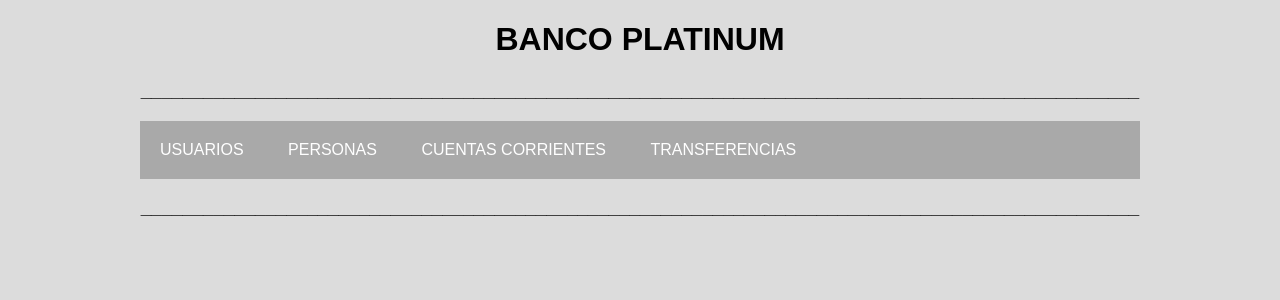
Repository: miguelalvarezcl/examen
Page: http://localhost/CtaCorriente/home.jsp
The author's editor kept a copy of each file at every save. The page is drawn from the files as they stood at one save, then again after the next save.
The browser window is 1280 px wide. The pictures show the whole page.
The page is served by Tomcat 9.

Above is the page before, as saved 2021-11-13 04:33:11.

After the next save:
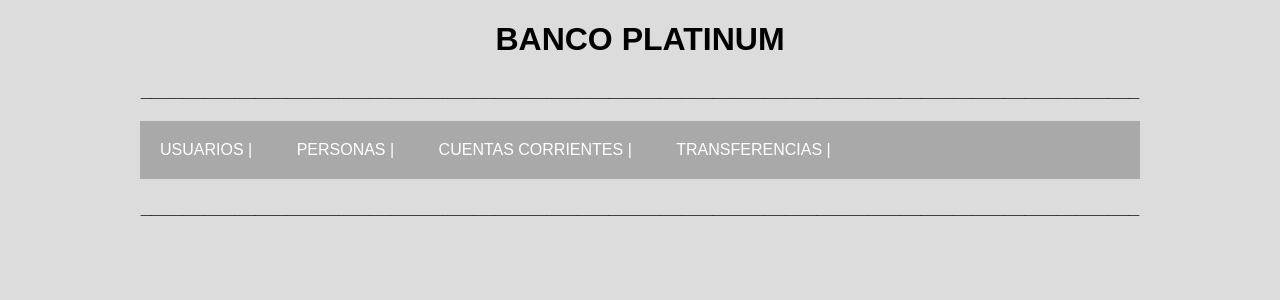
Saved 63 s later.
--- a/CtaCorriente/WebContent/home.jsp
+++ b/CtaCorriente/WebContent/home.jsp
@@ -13,10 +13,10 @@
 
 	</div>
 		<ul class="menu">
-			<li><a href="http://localhost:49670/CtaCorriente/">USUARIOS</a></li>
-			<li><a href="http://localhost:49670/CtaCorriente/listPersonabd">PERSONAS</a></li>
-			<li><a href="http://localhost:49670/CtaCorriente/listCuentabd">CUENTAS CORRIENTES</a></li>
-			<li><a href="http://localhost:49670/CtaCorriente/listTransferencia">TRANSFERENCIAS</a></li>
+			<li><a href="http://localhost:49670/CtaCorriente/">USUARIOS  |</a></li>
+			<li><a href="http://localhost:49670/CtaCorriente/listPersonabd">PERSONAS  |</a></li>
+			<li><a href="http://localhost:49670/CtaCorriente/listCuentabd">CUENTAS CORRIENTES  |</a></li>
+			<li><a href="http://localhost:49670/CtaCorriente/listTransferencia">TRANSFERENCIAS  |</a></li>
 
 		</ul>
 	<div style="text-align: center">
